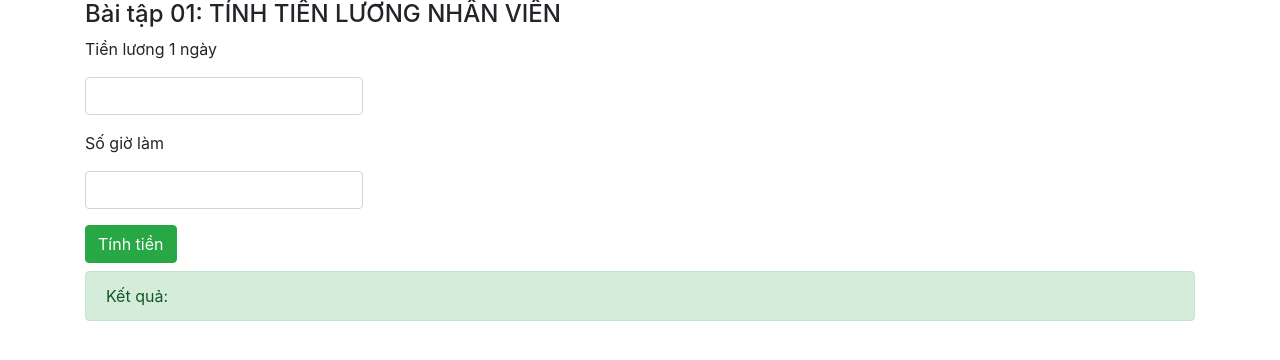
Repository: ducdatit2002/javascript-tinh-day13
Page: index.html
The author's editor kept a copy of each file at every save. The page is drawn from the files as they stood at one save, then again after the next save.
The browser window is 1280 px wide. The pictures show the whole page.

Above is the page before, as saved 2023-08-13 23:53:06.

### index.html
<!DOCTYPE html>
<html lang="en">
  <head>
    <title>Bài tập JS Buổi 13</title>
    <!-- Required meta tags -->
    <meta charset="utf-8" />
    <meta
      name="viewport"
      content="width=device-width, initial-scale=1, shrink-to-fit=no"
    />

    <!-- Bootstrap CSS -->
    <link
      rel="stylesheet"
      href="https://stackpath.bootstrapcdn.com/bootstrap/4.3.1/css/bootstrap.min.css"
      integrity="sha384-ggOyR0iXCbMQv3Xipma34MD+dH/1fQ784/j6cY/iJTQUOhcWr7x9JvoRxT2MZw1T"
      crossorigin="anonymous"
    />
  </head>
  <body>
    <div class="container">
      <!-- Bài 1: TÍNH TIỀN LƯƠNG NHÂN VIÊN -->
      <div class="form-group">
        <h4>Bài tập 01: TÍNH TIỀN LƯƠNG NHÂN VIÊN</h4>
        <div class="form-group">
          <p>Tiền lương 1 ngày</p>
          <input id="tienLuong1h" class="form-control w-25" />
        </div>
        <div class="form-group">
          <p>Số giờ làm</p>
          <input id="soGioLam" class="form-control w-25" />
        </div>
        <button
          onclick="tinhTongLuong()"
          id="btnTinhTien"
          class="btn btn-success"
        >
          Tính tiền
        </button>
        <div class="mt-2 alert alert-success">
          Kết quả: <span id="tongLuong"></span>
        </div>
      </div>
    </div>

    <!-- Optional JavaScript -->
    <!-- jQuery first, then Popper.js, then Bootstrap JS -->
    <script
      src="https://code.jquery.com/jquery-3.3.1.slim.min.js"
      integrity="sha384-q8i/X+965DzO0rT7abK41JStQIAqVgRVzpbzo5smXKp4YfRvH+8abtTE1Pi6jizo"
      crossorigin="anonymous"
    ></script>
    <script
      src="https://cdnjs.cloudflare.com/ajax/libs/popper.js/1.14.7/umd/popper.min.js"
      integrity="sha384-UO2eT0CpHqdSJQ6hJty5KVphtPhzWj9WO1clHTMGa3JDZwrnQq4sF86dIHNDz0W1"
      crossorigin="anonymous"
    ></script>
    <script
      src="https://stackpath.bootstrapcdn.com/bootstrap/4.3.1/js/bootstrap.min.js"
      integrity="sha384-JjSmVgyd0p3pXB1rRibZUAYoIIy6OrQ6VrjIEaFf/nJGzIxFDsf4x0xIM+B07jRM"
      crossorigin="anonymous"
    ></script>
    <script src="./index.js"></script>
  </body>
</html>

### index.js
// BÀI 1: TÍNH TIỀN LƯƠNG NHÂN VIÊN
function tinhTongLuong() {
  //input: tienluong1h, so gio lam:number
  var tienLuong = document.getElementById("tienLuong1h").value;
  var soGioLam = document.getElementById("soGioLam").value;
  //Kiểm tra input
  // console.log(tienLuong);
  // console.log(soGioLam);

  let tongLuong = 0;

  //progress
  tongLuong = tienLuong * soGioLam;

  document.getElementById("tongLuong").innerHTML = tongLuong.toLocaleString();
}

After the next save:
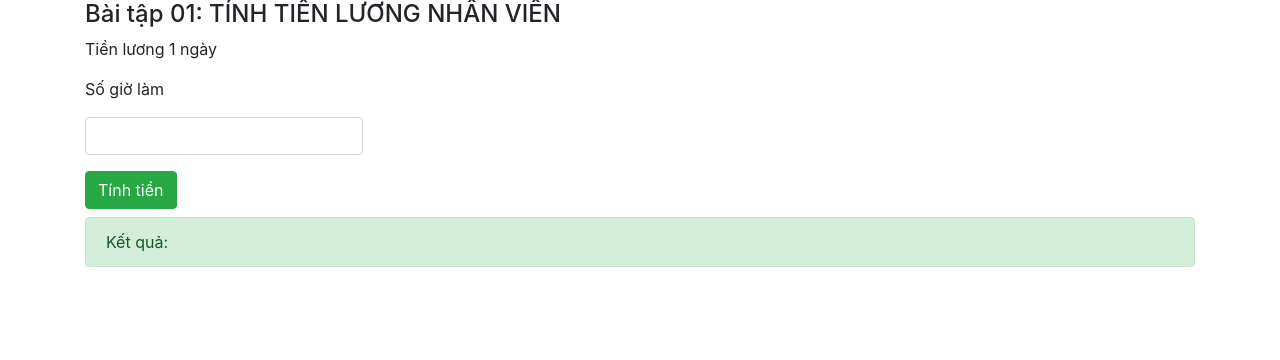
Saved 35 s later.
--- a/index.html
+++ b/index.html
@@ -24,7 +24,6 @@
         <h4>Bài tập 01: TÍNH TIỀN LƯƠNG NHÂN VIÊN</h4>
         <div class="form-group">
           <p>Tiền lương 1 ngày</p>
-          <input id="tienLuong1h" class="form-control w-25" />
         </div>
         <div class="form-group">
           <p>Số giờ làm</p>
